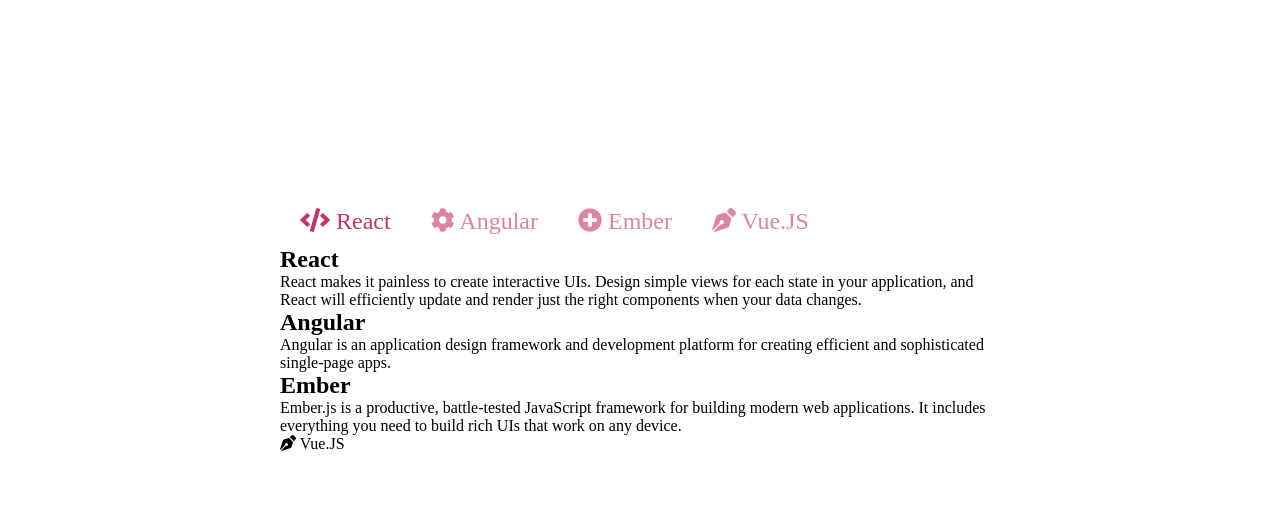
Repository: dovanthao2404/switch-tabs
Page: index.html
An editor plug-in stored every save of this project. The page is shown before and after the next save, followed by the edit.
The browser window is 1280 px wide. The pictures show the whole page.

Above is the page before, as saved 2021-06-27 20:21:38.

After the next save:
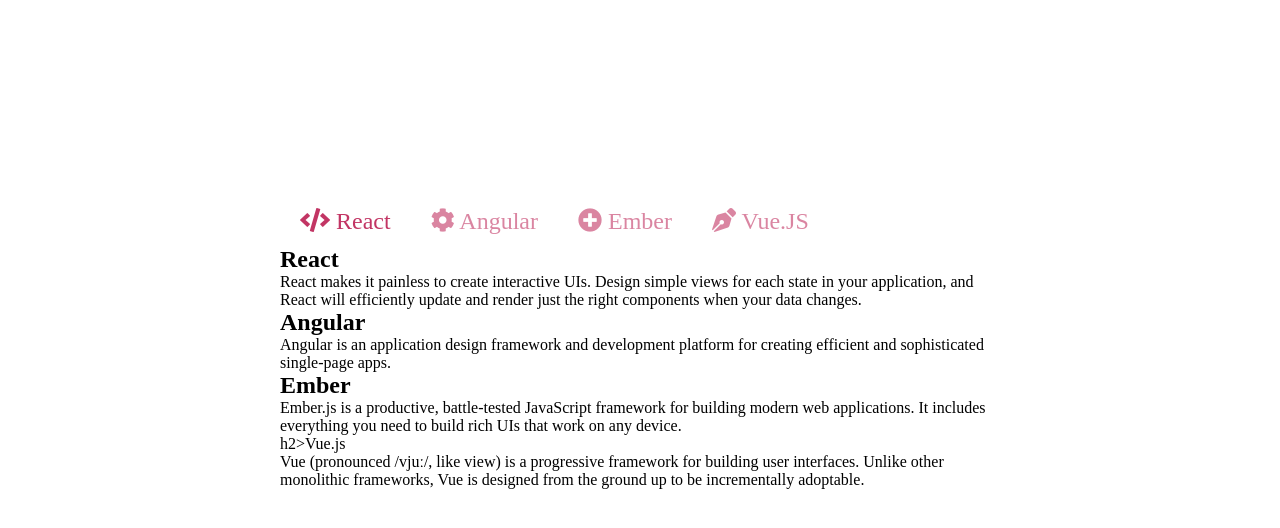
Saved 6 s later.
--- a/index.html
+++ b/index.html
@@ -51,9 +51,9 @@
         <p>Ember.js is a productive, battle-tested JavaScript framework for building modern web applications. It
           includes everything you need to build rich UIs that work on any device.</p>
       </div>
-      <div class="tab-pane">
-        <i class="tab-icon fas fa-pen-nib"></i>
-        Vue.JS
+      <div class="tab-pane">h2>Vue.js</h2>
+        <p>Vue (pronounced /vjuː/, like view) is a progressive framework for building user interfaces. Unlike other
+          monolithic frameworks, Vue is designed from the ground up to be incrementally adoptable. </p>
       </div>
       <div class="line"></div>
     </div>
